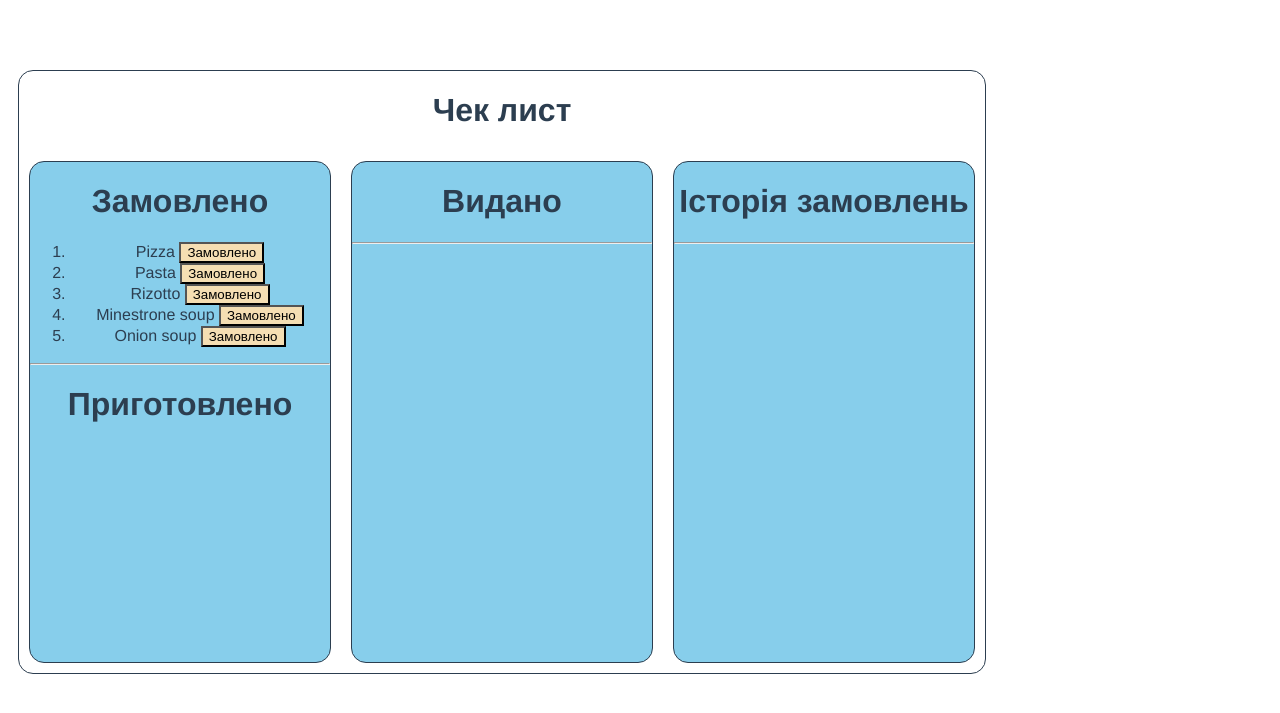
Repository: Salexandraa/HOME_Subotina
Page: / (app in order-list/)
The author's editor kept a copy of each file at every save. The page is drawn from the files as they stood at one save, then again after the next save.
The browser window is 1280 px wide. The pictures show the whole page.
The project was rebuilt for these pictures with package versions that can differ from the ones it lists, and the page was loaded fresh each time.

Above is the page before, as saved 2020-10-10 17:32:37.

After the next save:
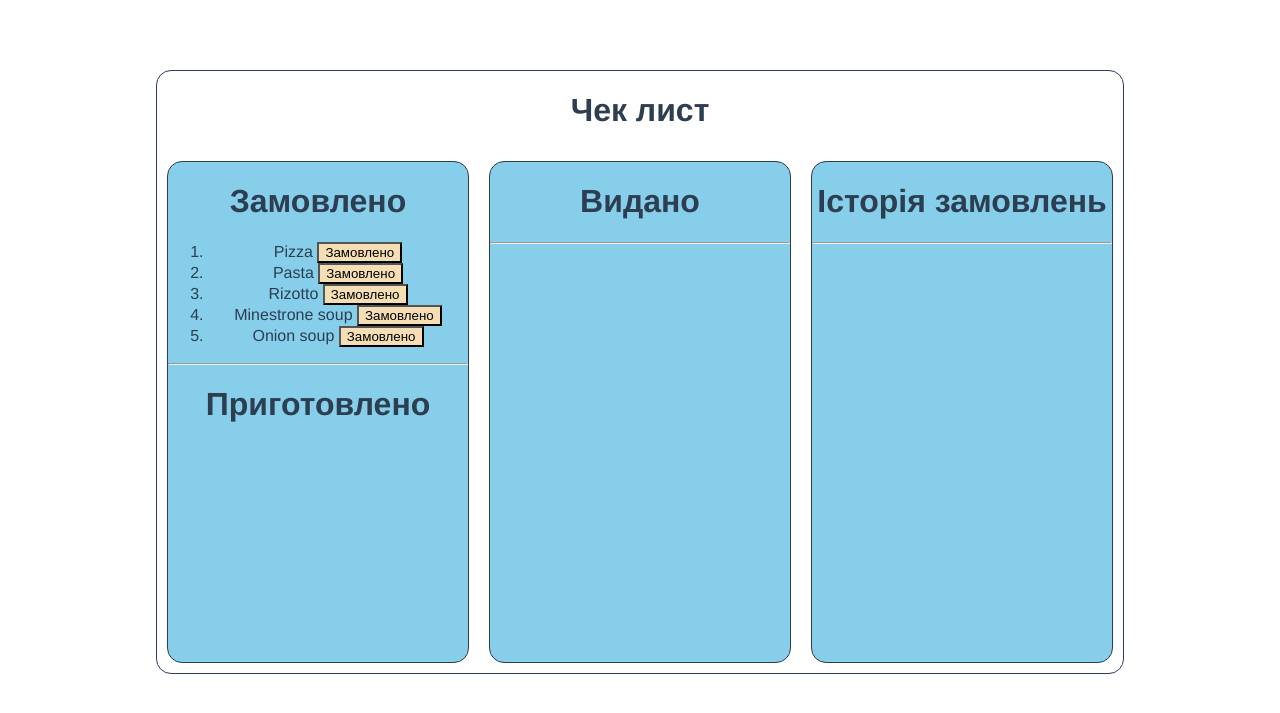
Saved 2 min 52 s later.
--- a/order-list/src/App.vue
+++ b/order-list/src/App.vue
@@ -1,54 +1,15 @@
 <template>
   <div id="app">
-  <!-- <reserved :listDishes= "dishesList"
-  title='Замовлено'
-  />
-  <order-issued title="Видано"/>
-  <history title="Історія замовлень"/> -->
   <check-list title="Чек лист"/>
   </div>
 </template>
 
 <script>
-//import Reserved from "./components/CheckList/Reserved";
-//import dishesList from "../settings"
-//import OrderIssued from "./components/CheckList/OrderIssued"
-//import History from "./components/CheckList/History"
 import CheckList from "./components/CheckList"
 export default {
   name: "App",
   components: {
-    //Reserved,
-   //OrderIssued,
-    //History,
     CheckList
-  },
-  data() {
-    return {
-    //  dishesList
-      // dishesList: [
-      //   {
-      //     id: 1,
-      //     name: "Pizza",
-      //   },
-      //    {
-      //     id: 2,
-      //     name: "Pasta",
-      //   },
-      //    {
-      //     id:3,
-      //     name: "Rizzoto",
-      //   },
-      //    {
-      //     id: 4,
-      //     name: "Minestrone soup",
-      //   },
-      //    {
-      //     id:5,
-      //     name: "Onion soup",
-      //   },
-      // ],
-    };
   },
 };
 </script>
@@ -58,7 +19,7 @@
   font-family: Avenir, Helvetica, Arial, sans-serif;
   -webkit-font-smoothing: antialiased;
   -moz-osx-font-smoothing: grayscale;
-  /* text-align: center; */
+  text-align: center;
   color: #2c3e50;
   margin-top: 60px;
 }
